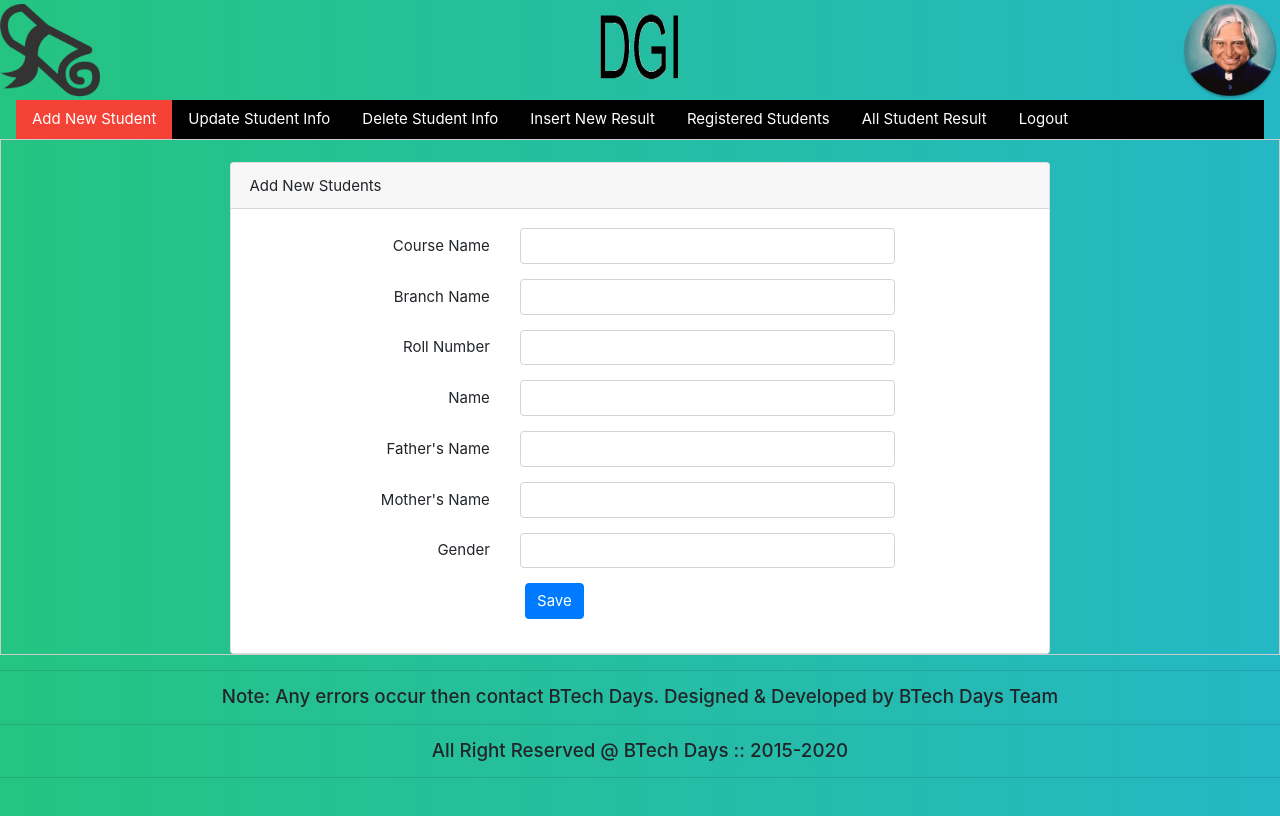
Repository: AlkaDas991/Dbms
Page: http://localhost/Student_Record_Management/adminHome.jsp
These files come from the project's save history. The page is drawn as it stood at one moment and after the next save; the edit follows.
The browser window is 1280 px wide. The pictures show the whole page.
Some web fonts or font styles are not loaded; a fallback is used. Some web libraries are served in a nearby version. The page is served by Tomcat 9. Queries for data that is not in the repository find no rows.

Above is the page before, as saved 2021-03-12 06:16:32.
Console error: TypeError: Cannot read properties of undefined (reading 'fn')

After the next save:
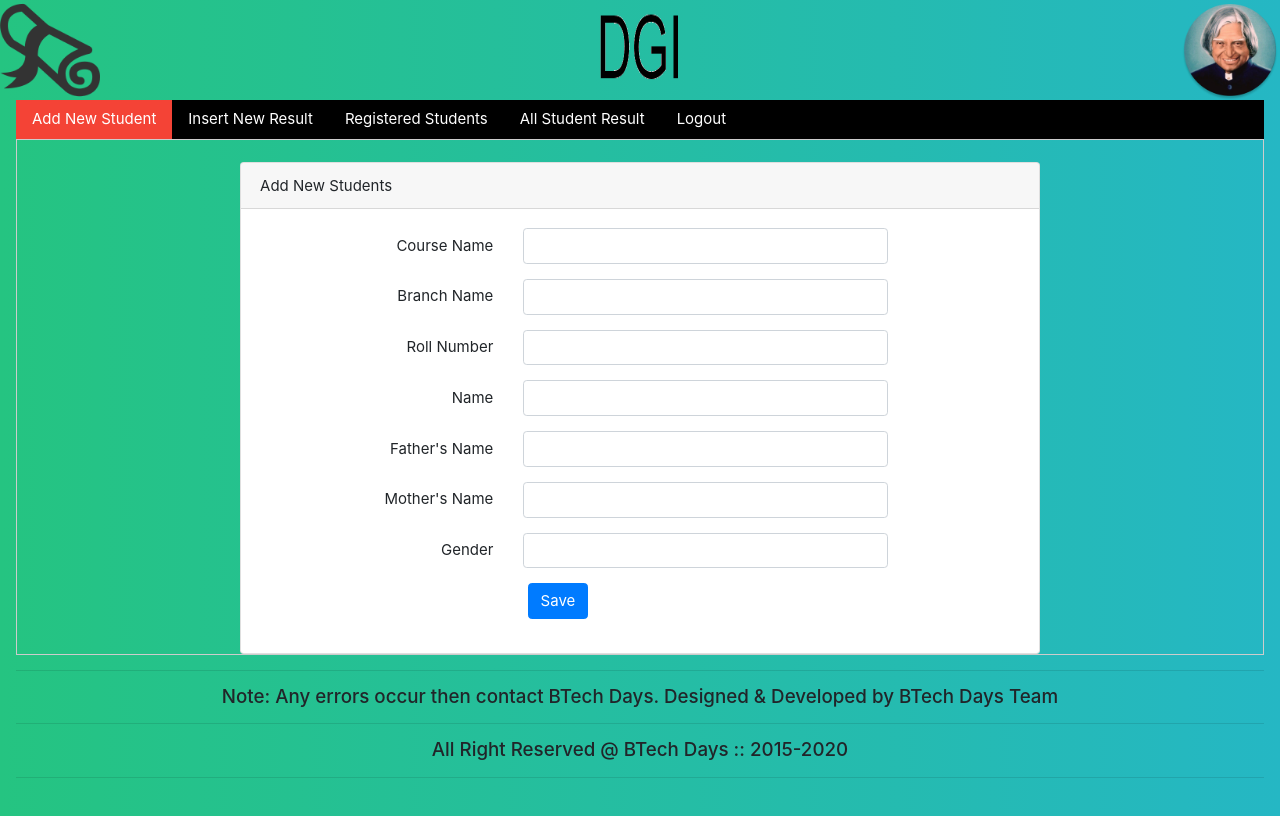
Saved 41 s later.
--- a/Student Record Management/WebContent/adminHome.jsp
+++ b/Student Record Management/WebContent/adminHome.jsp
@@ -9,14 +9,12 @@
 <div class="w3-container">
   <div class="w3-bar w3-black">
     <button class="w3-bar-item w3-button tablink w3-red" onclick="openCity(event,'London')">Add New Student</button>
-    <button class="w3-bar-item w3-button tablink" onclick="openCity(event,'Delhi')">Update Student Info</button>
-    <button class="w3-bar-item w3-button tablink" onclick="openCity(event,'Mumbai')">Delete Student Info</button>
     <button class="w3-bar-item w3-button tablink" onclick="openCity(event,'Paris')">Insert New Result</button>
     <button class="w3-bar-item w3-button tablink" onclick="openCity(event,'Tokyo')">Registered Students</button>
      <button class="w3-bar-item w3-button tablink" onclick="openCity(event,'Tokyo1')">All Student Result</button>
      <a href="adminLogin.jsp" class="w3-bar-item w3-button tablink">Logout</a>
   </div>
-  </div>
+
   <div id="London" class="w3-container w3-border city">
   <br>
    <link href="//maxcdn.bootstrapcdn.com/bootstrap/4.1.1/css/bootstrap.min.css" rel="stylesheet" id="bootstrap-css">
